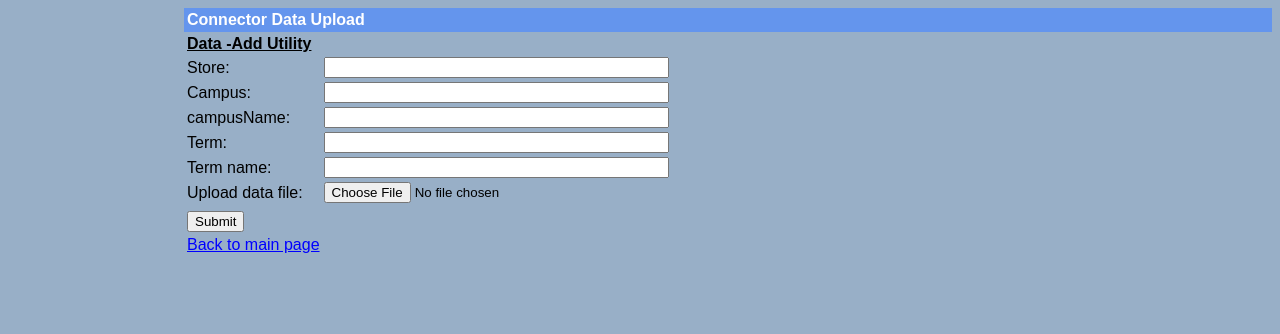
Repository: caditya/Dataupload
Page: http://localhost/connectordata/WEB-INF/views/datainput.jsp
These files come from the project's save history. The page is drawn as it stood at one moment and after the next save; the edit follows.
The browser window is 1280 px wide. The pictures show the whole page.
Some web libraries are served in a nearby version. The page is served by Tomcat 9. Nobody is signed in. The template is opened directly, without the code that normally fills it, so the values that code supplies are empty.

Above is the page before, as saved 2014-07-21 19:16:30.

After the next save:
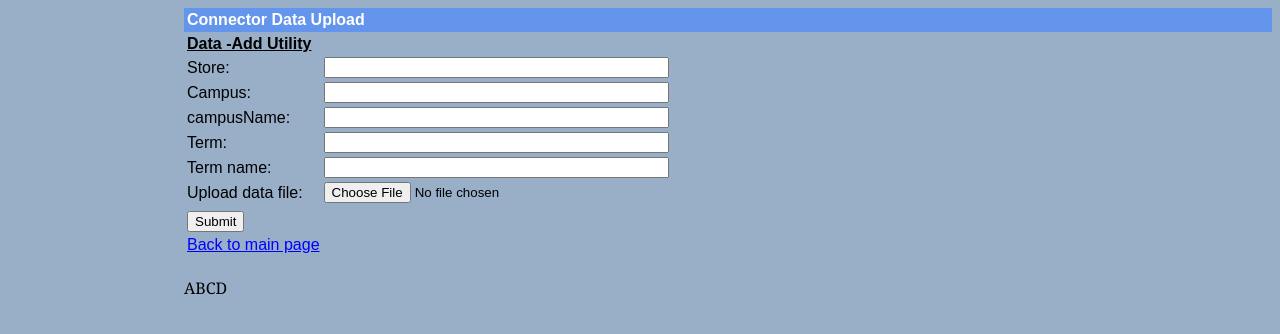
Saved 13 min 13 s later.
--- a/QAFileUpload/connectordata/src/main/webapp/WEB-INF/views/datainput.jsp
+++ b/QAFileUpload/connectordata/src/main/webapp/WEB-INF/views/datainput.jsp
@@ -136,5 +136,9 @@ function createstart(){
 		</table>
 	</form:form>
 
+	<div style="border: 1">
+	ABCD
+	</div>
+
 </body>
 </html>
